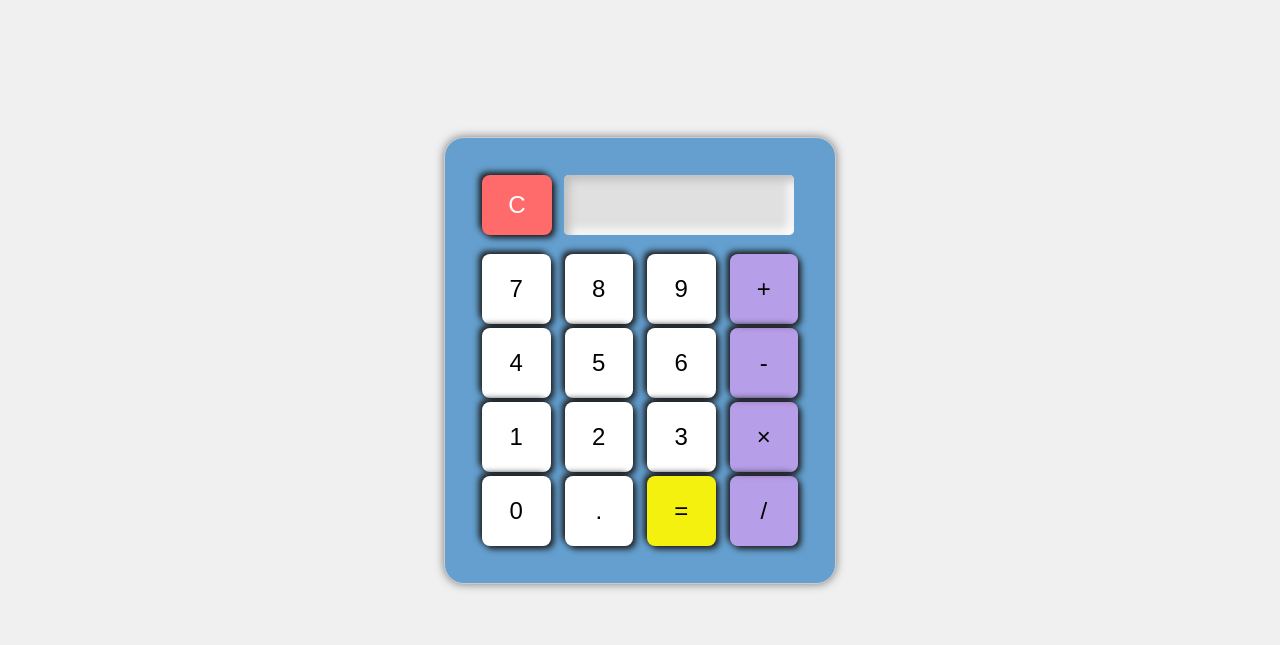
Repository: Burnmyheart/calculator
Page: index.html
An editor plug-in stored every save of this project. The page is shown before and after a run of saves, followed by the edit.
The browser window is 1280 px wide. The pictures show the whole page.

Above is the page before, as saved 2025-04-29 00:16:18.

After the next 2 saves:
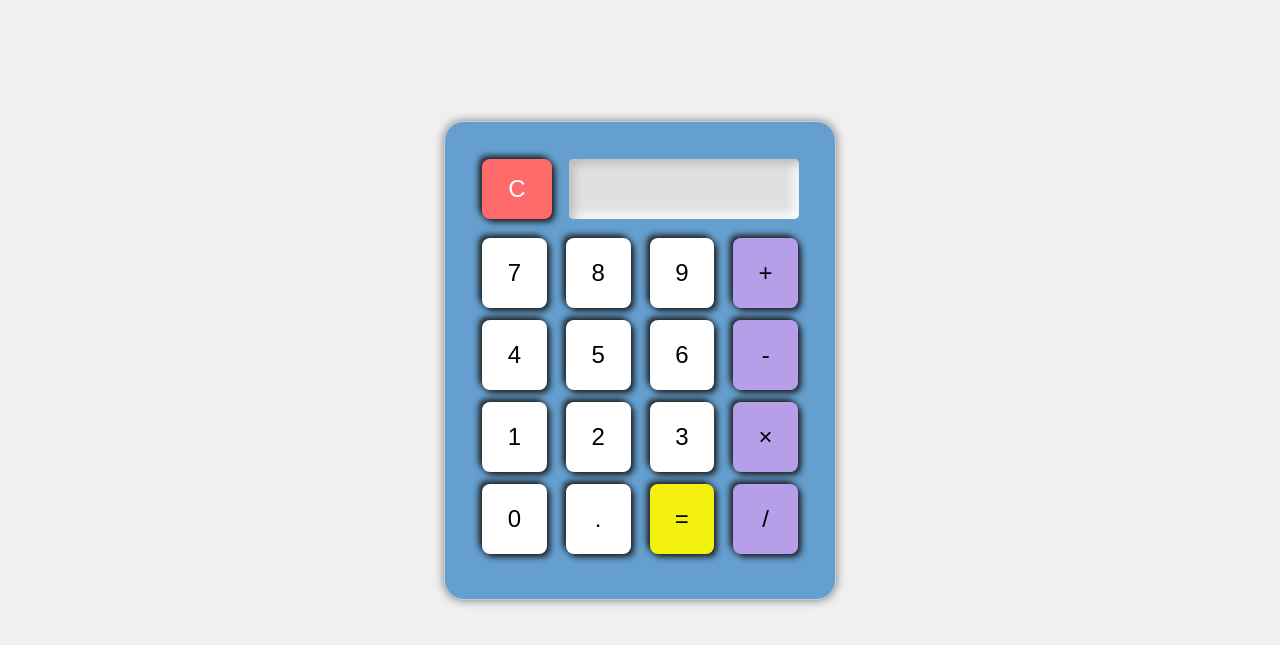
The 2 saves are shown as one change because they came seconds apart.
The last was saved 44 s later.
--- a/style.css
+++ b/style.css
@@ -27,7 +27,7 @@ input {
   margin-bottom: 15px;
   display: flex;
   align-items: center;
-  gap: 10px;
+  gap: 15px;
 }
 
 #display {
@@ -43,7 +43,8 @@ input {
 .calculator > div:not(.display-container) {
   display: flex;
   justify-content: center;
-  gap: 10px;
+  gap: 15px;
+  margin-bottom: 8px;
 }
 
 button {
